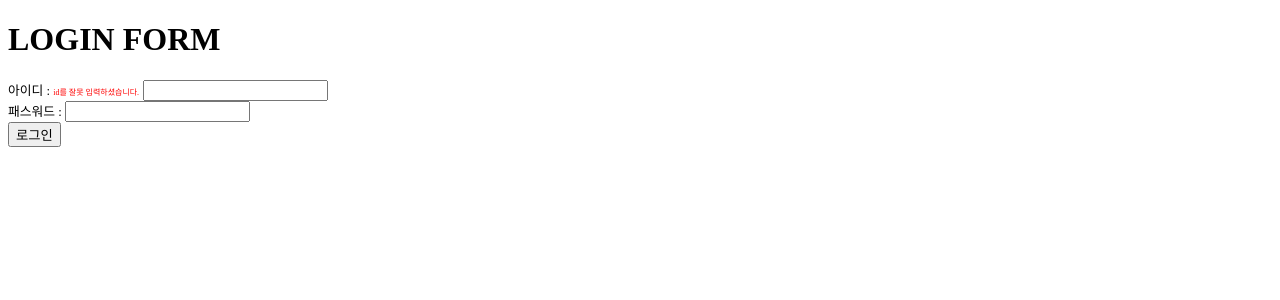
Repository: Leehj9094/JAVA_BOOK-
Page: http://localhost/01JSP/C07/03/login_form.jsp
These files come from the project's save history. The page is drawn as it stood at one moment and after the next save; the edit follows.
The browser window is 1280 px wide. The pictures show the whole page.
The page is served by Tomcat 9. Other server files are loaded and not shown.

Above is the page before, as saved 2025-04-03 05:06:34.

### JSP/01JSP/src/main/webapp/C07/03/login_form.jsp
<%@ page language="java" contentType="text/html; charset=UTF-8"
	pageEncoding="UTF-8"%>
<!DOCTYPE html>
<html>
<head>
<meta charset="UTF-8">
<title>Insert title here</title>
<style>
	label{display:black; font-size: .8rem;}
	span{font-size:.5rem; color:red;}
</style>
</head>
<body>

	<h1>LOGIN FORM</h1>
	<form action="${pageContext.request.contextPath}/C06/02/login.jsp" method="post">
		<div>
		<label>아이디 : </label><span>id를 잘못 입력하셨습니다.</span>
			<input type="text" name="username" />
		</div>
		<div>
			<label>패스워드 : </label>
			<input type="text" name="password" />
		</div>
		<div>
			<button>로그인</button>
		</div>

	</form>

</body>
</html>

After the next save:
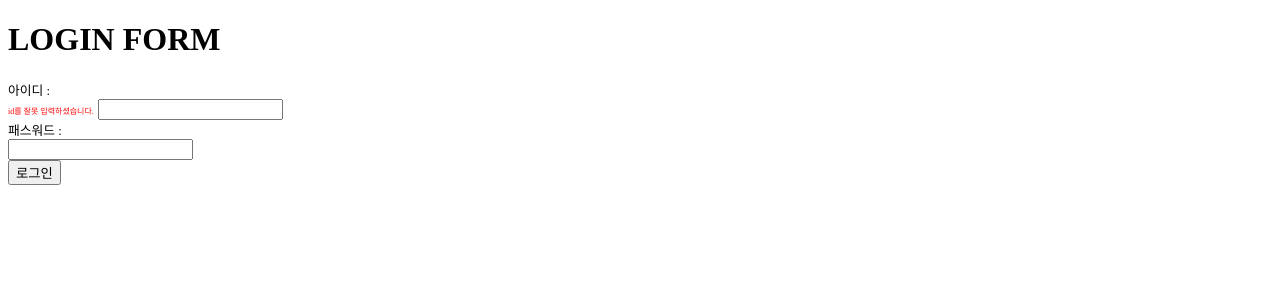
Saved 24 s later.
--- a/JSP/01JSP/src/main/webapp/C07/03/login_form.jsp
+++ b/JSP/01JSP/src/main/webapp/C07/03/login_form.jsp
@@ -6,7 +6,7 @@
 <meta charset="UTF-8">
 <title>Insert title here</title>
 <style>
-	label{display:black; font-size: .8rem;}
+	label{display:block; font-size: .8rem;}
 	span{font-size:.5rem; color:red;}
 </style>
 </head>

After the save that followed:
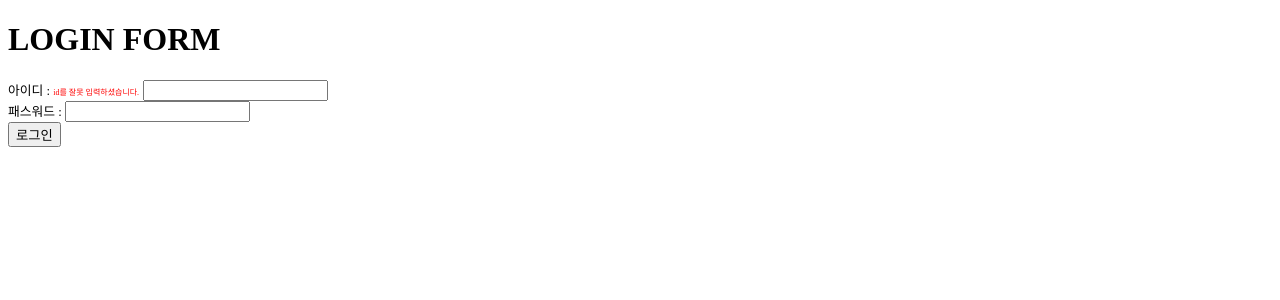
Saved 25 s later.
--- a/JSP/01JSP/src/main/webapp/C07/03/login_form.jsp
+++ b/JSP/01JSP/src/main/webapp/C07/03/login_form.jsp
@@ -6,7 +6,7 @@
 <meta charset="UTF-8">
 <title>Insert title here</title>
 <style>
-	label{display:block; font-size: .8rem;}
+	label{font-size: .8rem;}
 	span{font-size:.5rem; color:red;}
 </style>
 </head>
